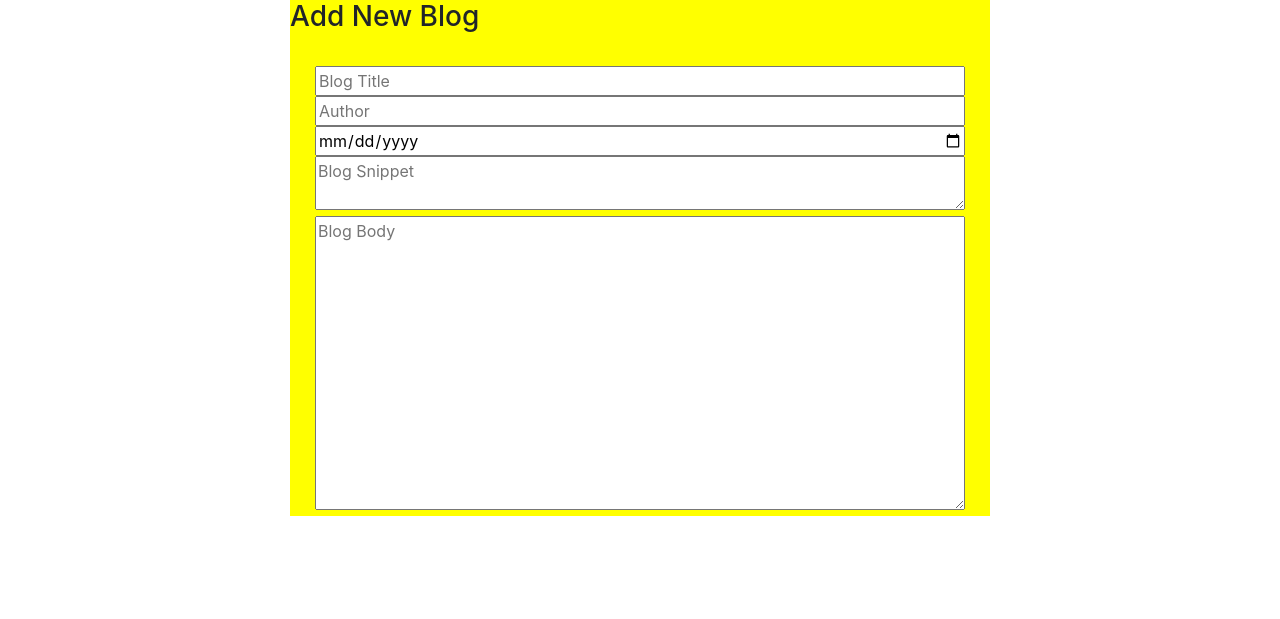
Repository: just-mann/just-blog
Page: http://localhost/add-blog
These files come from the project's save history. The page is drawn as it stood at one moment and after the next save; the edit follows.
The browser window is 1280 px wide. The pictures show the whole page.
The page is served by the project's Node server (index.js).

Above is the page before, as saved 2022-01-29 12:33:16.

### views/add-blog.ejs
<!doctype html>
<html lang="en">
  <head>
    <title>JUSTCODE | Add New Blog</title>
    <!-- Required meta tags -->
    <meta charset="utf-8">
    <meta name="viewport" content="width=device-width, initial-scale=1, shrink-to-fit=no">
    <!-- Bootstrap CSS -->
    <link rel="stylesheet" href="https://stackpath.bootstrapcdn.com/bootstrap/4.3.1/css/bootstrap.min.css" integrity="sha384-ggOyR0iXCbMQv3Xipma34MD+dH/1fQ784/j6cY/iJTQUOhcWr7x9JvoRxT2MZw1T" crossorigin="anonymous">
    <link rel="stylesheet" href="app.css">
  </head>
  <body>
    <div class="addBlog">
      <h3>Add New Blog</h3>
      <form action="/add-new-blog" method="POST">
        <div class="titleDiv">
          <input type="text" name="title" class="blog-title" placeholder="Blog Title">
        </div>
        <div class="authorDiv">
          <input type="text" name="title" class="blog-author" placeholder="Author">
        </div>
        <div class="dateDiv">
          <input type="date" name="date" class="blog-date">
        </div>
        <div class="snippetDiv">
          <textarea name="blog-snippet" id="blog-snippet" cols="30" rows="2.5" class="blog-snippet" placeholder="Blog Snippet"></textarea>
        </div>
        <div>
          <textarea name="blog-body" id="blog-body" cols="30" rows="12" class="blog-body" placeholder="Blog Body"></textarea>
        </div>
      </form>
    </div>

    <!-- Optional JavaScript -->
    <!-- jQuery first, then Popper.js, then Bootstrap JS -->
    <script src="https://code.jquery.com/jquery-3.3.1.slim.min.js" integrity="sha384-q8i/X+965DzO0rT7abK41JStQIAqVgRVzpbzo5smXKp4YfRvH+8abtTE1Pi6jizo" crossorigin="anonymous"></script>
    <script src="https://cdnjs.cloudflare.com/ajax/libs/popper.js/1.14.7/umd/popper.min.js" integrity="sha384-UO2eT0CpHqdSJQ6hJty5KVphtPhzWj9WO1clHTMGa3JDZwrnQq4sF86dIHNDz0W1" crossorigin="anonymous"></script>
    <script src="https://stackpath.bootstrapcdn.com/bootstrap/4.3.1/js/bootstrap.min.js" integrity="sha384-JjSmVgyd0p3pXB1rRibZUAYoIIy6OrQ6VrjIEaFf/nJGzIxFDsf4x0xIM+B07jRM" crossorigin="anonymous"></script>
  </body>
</html>

### index.js
const express = require('express');
const cors = require('cors');
const bodyParser = require('body-parser');


const app = express();

// BodyParser to tidy up the input from the form
app.use(bodyParser.urlencoded({ extended: true }));

// Static
app.use(express.static('public'))


// Setting the view engine
app.set('view engine', 'ejs');




// Get all the blogs from the database
app.get('/api/blogs', cors(), (req, res) => {
    res.send('Server is running.');
})

// Render the form that let's you add a new blog
app.get('/add-blog', (req, res) => {
    res.render('add-blog');
})


// Add new blog to the database
app.post('/add-new-blog', (req, res) => {

})







const PORT = process.env.PORT || 5000;
app.listen(PORT, () => console.log(`Server is running on port ${PORT}`))

### public/app.css


.addBlog {
    max-width: 700px;
    margin: auto;
    background: yellow;
}

form {
    max-width: 650px;
    margin: 2rem auto;
}

form div {
    width: 100%;
}

form div input {
    width: 100%;
}

form div textarea {
    width: 100%;
}

After the next save:
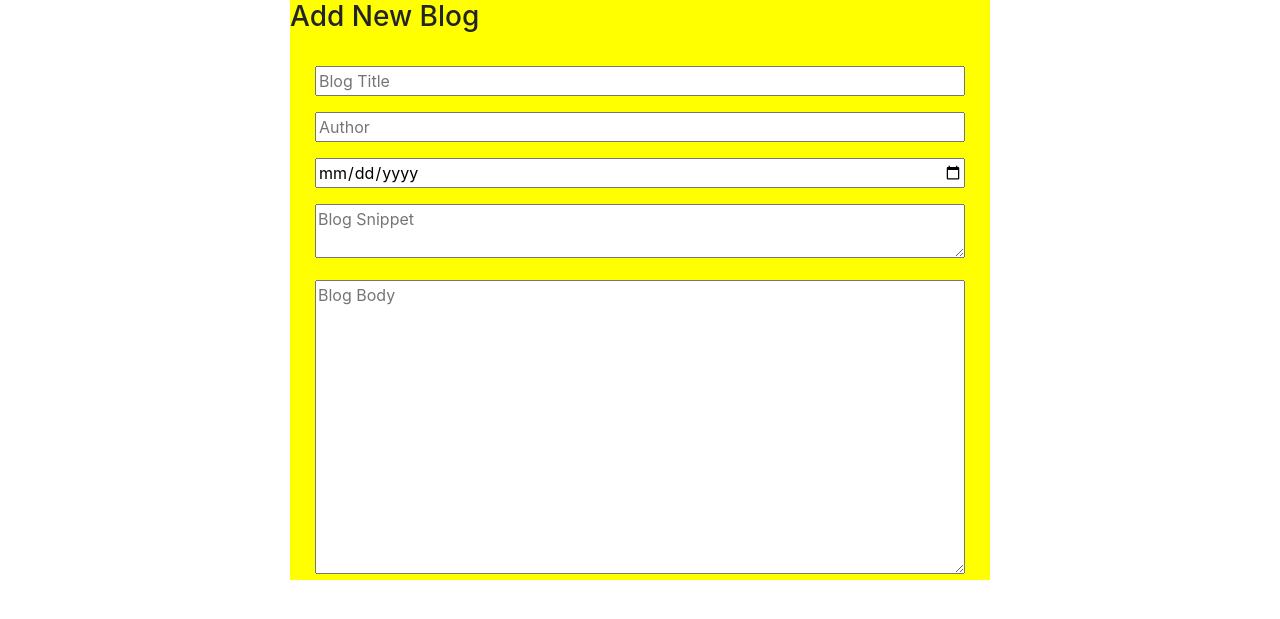
Saved 20 s later.
--- a/public/app.css
+++ b/public/app.css
@@ -13,6 +13,7 @@ form {
 
 form div {
     width: 100%;
+    margin: 1rem 0;
 }
 
 form div input {
